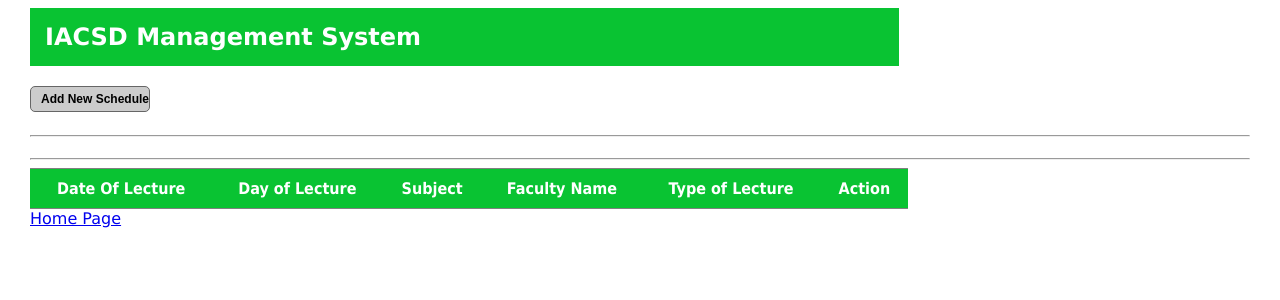
Repository: vsc8791/IMS
Page: http://localhost/web-customer-tracker/WEB-INF/view/list-schedules.jsp
The author's editor kept a copy of each file at every save. The page is drawn from the files as they stood at one save, then again after the next save.
The browser window is 1280 px wide. The pictures show the whole page.
The page is served by Tomcat 9. Nobody is signed in. The template is opened directly, without the code that normally fills it, so the values that code supplies are empty.

Above is the page before, as saved 2018-07-28 05:31:24.

After the next save:
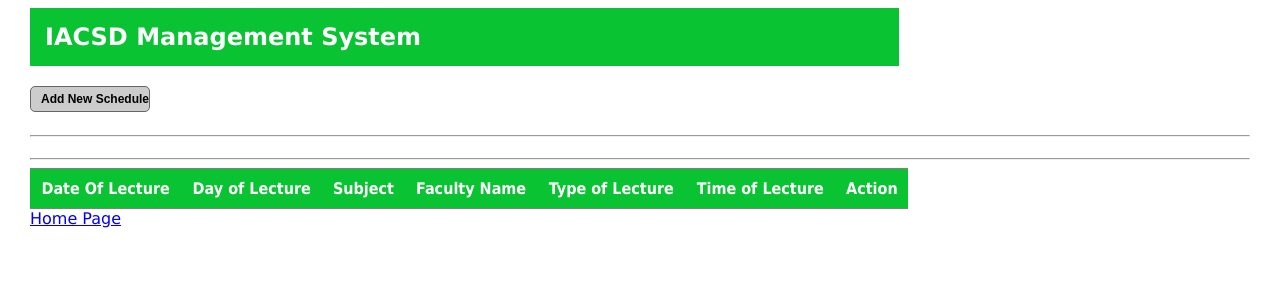
Saved 25 s later.
--- a/web-customer-tracker/WebContent/WEB-INF/view/list-schedules.jsp
+++ b/web-customer-tracker/WebContent/WEB-INF/view/list-schedules.jsp
@@ -49,6 +49,8 @@
 					<th>Subject</th>
 					<th>Faculty Name</th>
 					<th>Type of Lecture</th>
+					<th>Time of Lecture</th>
+
 
 
 					<th>Action</th>
